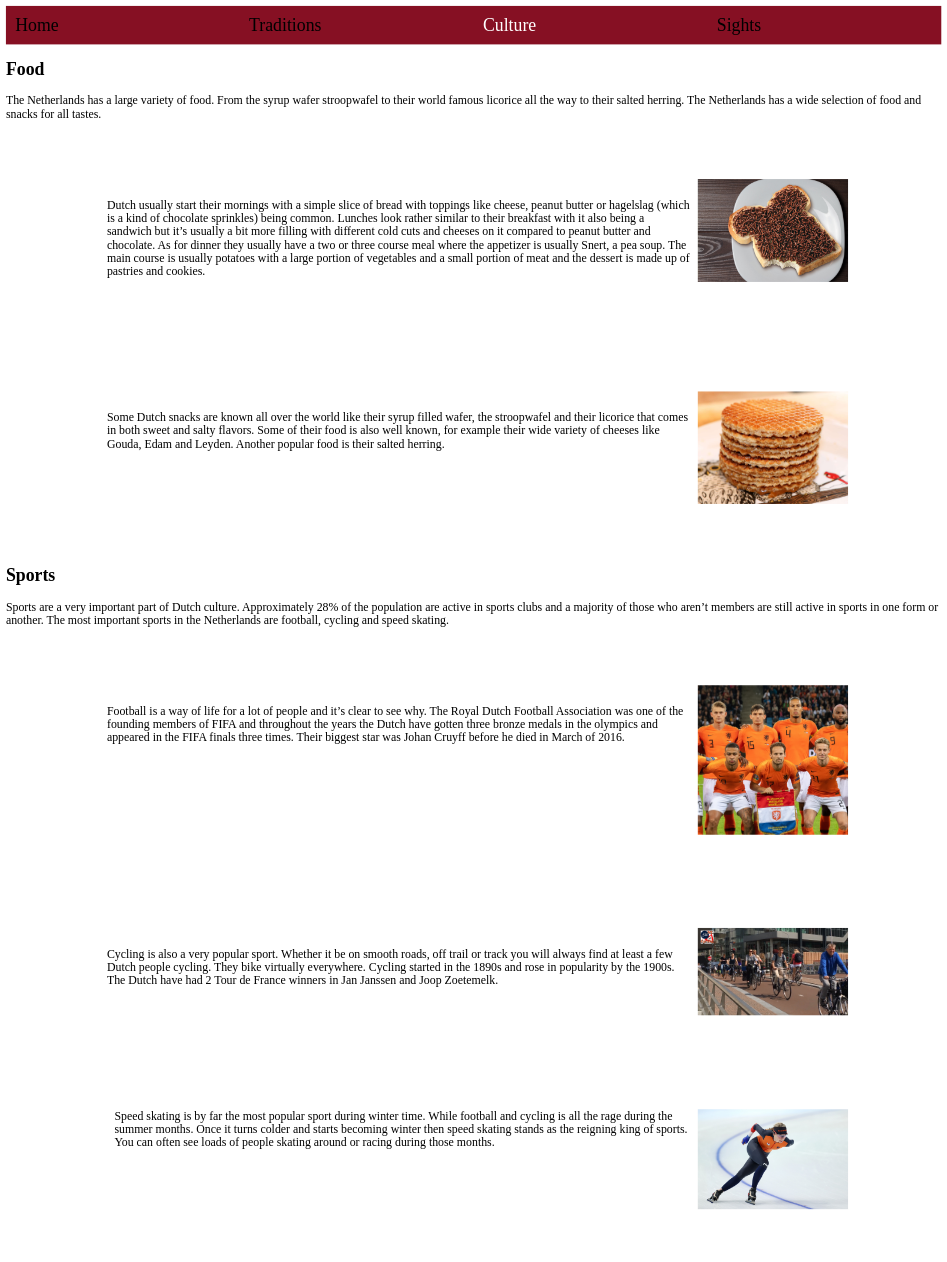
Repository: Cornman63/The-netherlands
Page: html/culture2.html
An editor plug-in stored every save of this project. The page is shown before and after the next save, followed by the edit.
The browser window is 1280 px wide. The pictures show the whole page, at 74% of full size.

Above is the page before, as saved 2023-05-26 13:23:44.

### html/culture2.html
<!DOCTYPE html>
<html lang="en">
<head>
    <meta charset="UTF-8">
    <meta http-equiv="X-UA-Compatible" content="IE=edge">
    <meta name="viewport" content="width=device-width, initial-scale=1.0">
    <title>Culture</title>
    <link rel="stylesheet" href="../CSS\style2.css">
</head>
<body>
    <div class="top">
        <div class="topbar"><a href="index.html" class="link">Home</a></div>
        <div class="topbar"><a href="traditions.html" class="link">Traditions</a></div>
        <div class="topbar"><a href="culture2.html" style="color: white" class="link">Culture</a></div>
        <div class="topbar"><a href="sights.html" class="link">Sights</a></div>
    </div>
        <div class="foodstart">
            <h2>
            Food
            </h2>
             <p>
            The Netherlands has a large variety of food. From the syrup wafer stroopwafel to their world famous licorice all the way to their salted herring. The Netherlands has a wide selection of food and snacks for all tastes.
             </p>
        </div>
        <div class="foodmain">
        <div class="item">
            <p class="par">Dutch usually start their mornings with a simple slice of bread with toppings like cheese, peanut butter or hagelslag (which is a kind of chocolate sprinkles) being common. Lunches look rather similar to their breakfast with it also being a sandwich but it’s usually a bit more filling with different cold cuts and cheeses on it compared to peanut butter and chocolate. As for dinner they usually have a two or three course meal where the appetizer is usually Snert, a pea soup. The main course is usually potatoes with a large portion of vegetables and a small portion of meat and the dessert is made up of pastries and cookies. </p>
            <img src="../images\hagelslag.jpg" alt="hagelslag" class="img">
        </div>
        <div class="item">
            <p class="par">Some Dutch snacks are known all over the world like their syrup filled wafer, the stroopwafel and their licorice that comes in both sweet and salty flavors. Some of their food is also well known, for example their wide variety of cheeses like Gouda, Edam and Leyden. Another popular food is their salted herring.</p>
            <img src="../images/stroopwafel.jpg" alt="stroopwafel" class="img">
        </div>
        <div class="sportstart">
            <h2>Sports</h2>
            <p>Sports are a very important part of Dutch culture. Approximately 28% of the population are active in sports clubs and a majority of those who aren’t members are still active in sports in one form or another. The most important sports in the Netherlands are football, cycling and speed skating. </p>
        </div>
        <div class="sportmain">
            <div class="item">
            <p class="par">Football is a way of life for a lot of people and it’s clear to see why. The Royal Dutch Football Association was one of the founding members of FIFA and throughout the years the Dutch have gotten three bronze medals in the olympics and appeared in the FIFA finals three times. Their biggest star was Johan Cruyff before he died in March of 2016. </p>
            <img src="../images/football.jpg" alt="dutch football" class="img">
            </div>
            <div class="item">
                <p class="par">Cycling is also a very popular sport. Whether it be on smooth roads, off trail or track you will always find at least a few Dutch people cycling. They bike virtually everywhere. Cycling started in the 1890s and rose in popularity by the 1900s. The Dutch have had 2 Tour de France winners in Jan Janssen and Joop Zoetemelk.</p>
                <img src="../images/cycling.jpg" alt="cycling" class="img">
            </div>
            <div class="item">
                <p class="par"></p>Speed skating is by far the most popular sport during winter time. While football and cycling is all the rage during the summer months. Once it turns colder and starts becoming winter then speed skating stands as the reigning king of sports. You can often see loads of people skating around or racing during those months.</p>
                <img src="../images/skating.jpg" alt="skating" class="img">
            </div>
        </div>
        <div class="soceq">

        </div>
    </div>
    <div class="bottom">

    </div>
</body>
</html>

### CSS/style2.css
.top, .bottom {
    display: flex;
    flex-direction: row;
    justify-content: center;
    align-content:center;
    background-color:#861023;
    margin: auto;
    font-size: 150%;
}
.bottom{
    background-color: #053484;
}
.topbar {
    display: flex;
    border: 1%;
    margin: 1%;
    margin-right: 10%;
    align-content: center;
    width: 90%;
}

.link{
    text-decoration: none;
}
.link:link {
    color:black;
}
.link:visited {
    color:black;
}
.link:hover {
    color:white;
}
.foodmain {
    display: flex;
    flex-direction: column;
}
.item{
    max-width: 80%;
    margin: auto;
    display: flex;
    flex-direction: row;
    padding: 5%;
}
.img {
    width: 20%;
    height: 20%;
    display: flex;
    flex-direction: row;
}
.par {
    padding: 1%;
}

After the next save:
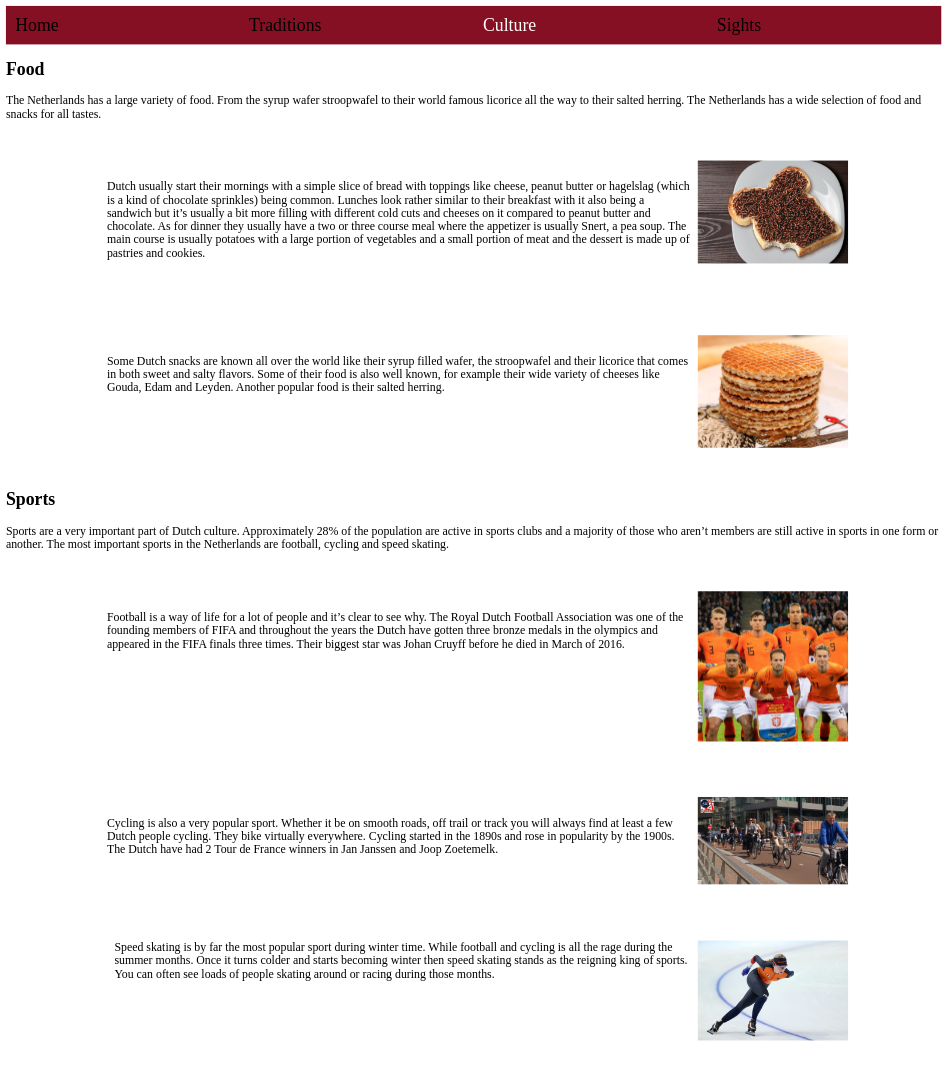
Saved 10 s later.
--- a/CSS/style2.css
+++ b/CSS/style2.css
@@ -40,7 +40,7 @@
     margin: auto;
     display: flex;
     flex-direction: row;
-    padding: 5%;
+    padding: 3%;
 }
 .img {
     width: 20%;
